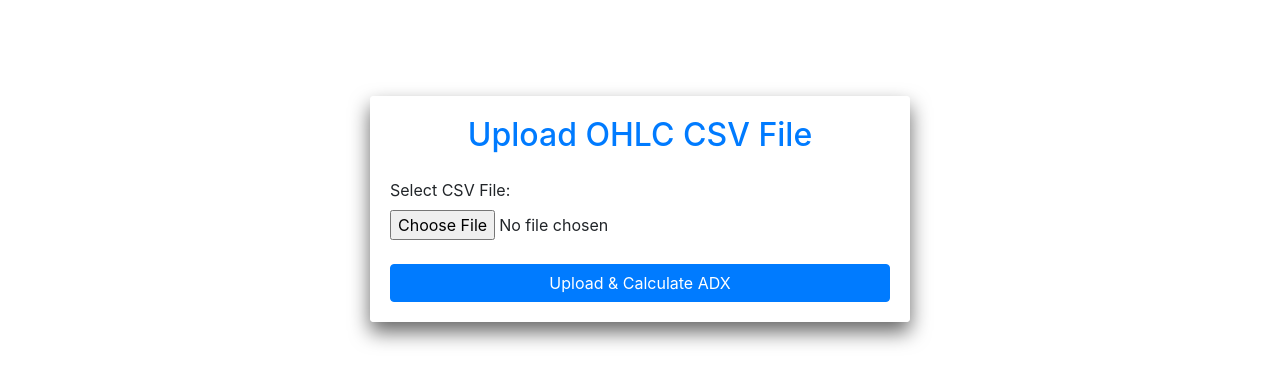
Repository: TEJAS-MI/Intelliqube-Assignment
Page: http://localhost/
The author's editor kept a copy of each file at every save. The page is drawn from the files as they stood at one save, then again after the next save.
The browser window is 1280 px wide. The pictures show the whole page.
The page is served by the project's application, run on Django 2.2 (manage.py). Other server files are loaded and not shown.

Above is the page before, as saved 2025-12-03 19:56:52.

### adxapp/views.py
# adxapp/views.py

import pandas as pd
from django.shortcuts import render
from django.http import HttpResponse
from .utils import calculate_adx
import matplotlib
matplotlib.use('Agg')
from matplotlib import pyplot as plt
import io
import base64


def index(request):
    return render(request, 'adxapp/index.html')


def process_file(request):
    if request.method != 'POST':
        return render(request, 'adxapp/index.html')

    if 'csv_file' not in request.FILES:
        return render(request, 'adxapp/index.html', {'error': 'Please upload a CSV file.'})

    uploaded_file = request.FILES['csv_file']

    try:
        # Read the CSV exactly as-is (do not set index_col)
        df_in = pd.read_csv(uploaded_file)
        # Calculate ADX (utils will detect date and OHLC)
        result_df = calculate_adx(df_in)
    except Exception as e:
        # Catch and display calculation errors (like missing columns)
        return render(request, 'adxapp/index.html', {'error': f'Error processing file: {e}'})

    # Save result CSV in session for download
    csv_buffer = io.StringIO()
    # IMPORTANT: index=False to prevent the date/time column from being repeated as 'Unnamed: 0'
    result_df.to_csv(csv_buffer, index=False)
    request.session['csv_output'] = csv_buffer.getvalue()

    # Produce plot: plot numeric arrays (skip NaNs automatically)
    plt.figure(figsize=(10, 5))
    # plot by column values so x-axis is simple index
    plt.plot(result_df['ADX'].values, label='ADX')
    plt.plot(result_df['+DI14'].values, label='+DI14')
    plt.plot(result_df['-DI14'].values, label='-DI14')
    plt.title('ADX, +DI14, -DI14')
    plt.legend()
    plt.tight_layout()

    img_buffer = io.BytesIO()
    plt.savefig(img_buffer, format='png')
    plt.close()
    img_buffer.seek(0)
    plot_base64 = base64.b64encode(img_buffer.read()).decode('utf-8')

    # Prepare preview including date column if present
    preview_df = result_df.head(10)
    preview_columns = preview_df.columns.tolist()
    preview_data = preview_df.values.tolist()

    return render(request, 'adxapp/result.html', {
        'plot_base64': plot_base64,
        'preview_columns': preview_columns,
        'preview_data': preview_data
    })


def download_csv(request):
    csv_data = request.session.get('csv_output')
    if not csv_data:
        return HttpResponse("No output to download. Upload and process a file first.", status=400)
    response = HttpResponse(csv_data, content_type='text/csv')
    response['Content-Disposition'] = 'attachment; filename="adx_output.csv"'
    return response

### adxapp/templates/adxapp/index.html
{% load static %}
<!DOCTYPE html>
<html>

  <head>

    <meta charset="utf-8" />

    <title>ADX Calculator – Upload File</title>

    <link
      rel="stylesheet"
      href="https://cdn.jsdelivr.net/npm/bootstrap@4.1.3/dist/css/bootstrap.min.css"
      integrity="sha384-MCw98/SFnGE8fJT3GXwEOngsV7Zt27NXFoaoApmYm81iuXoPkFOJwJ8ERdknLPMO"
      crossorigin="anonymous"
    />

    <style>
      .form-card {
        /* Ensures the form is readable and stands out */
        background-color: rgba(255, 255, 255, 0.95);
        box-shadow: 0 10px 20px rgba(0, 0, 0, 0.6);
        border: none;
      }
    </style>

  </head>


  <body style="
    background-image: url("{% static 'img/trading graph.jpeg' %}");
    background-size: cover;
    background-attachment: fixed;
    background-position: center center;
    filter: brightness(65%) grayscale(60%);
">

    <div class="container mt-4">
      <div class="row justify-content-center">
        <div class="col-md-6">
          <div class="card form-card mt-5">
            <div class="card-body">
              <h2 class="mb-4 text-center text-primary">
                Upload OHLC CSV File
              </h2>

              <form
                action="{% url 'process_file' %}"
                method="POST"
                enctype="multipart/form-data"
              >
                {% csrf_token %}

                <div class="form-group">
                  <label>Select CSV File:</label>
                  <input
                    type="file"
                    name="csv_file"
                    class="form-control-file"
                    required
                  />
                </div>

                <button type="submit" class="btn btn-primary btn-block mt-4">
                  Upload & Calculate ADX
                </button>
              </form>
            </div>
          </div>
        </div>
      </div>

    </div>

  </body>
</html>

### adxproject/urls.py
"""adxproject URL Configuration

The `urlpatterns` list routes URLs to views. For more information please see:
    https://docs.djangoproject.com/en/2.2/topics/http/urls/
Examples:
Function views
    1. Add an import:  from my_app import views
    2. Add a URL to urlpatterns:  path('', views.home, name='home')
Class-based views
    1. Add an import:  from other_app.views import Home
    2. Add a URL to urlpatterns:  path('', Home.as_view(), name='home')
Including another URLconf
    1. Import the include() function: from django.urls import include, path
    2. Add a URL to urlpatterns:  path('blog/', include('blog.urls'))
"""
from django.contrib import admin
from django.urls import path ,include

urlpatterns = [
    path('admin/', admin.site.urls),

    path('',include('adxapp.urls')),
]

### adxapp/urls.py
from django.urls import path
from . import views

urlpatterns = [
    path('', views.index, name='index'),
    path('process/', views.process_file, name='process_file'),
    path('download/', views.download_csv, name='download_csv'),
]

After the next save:
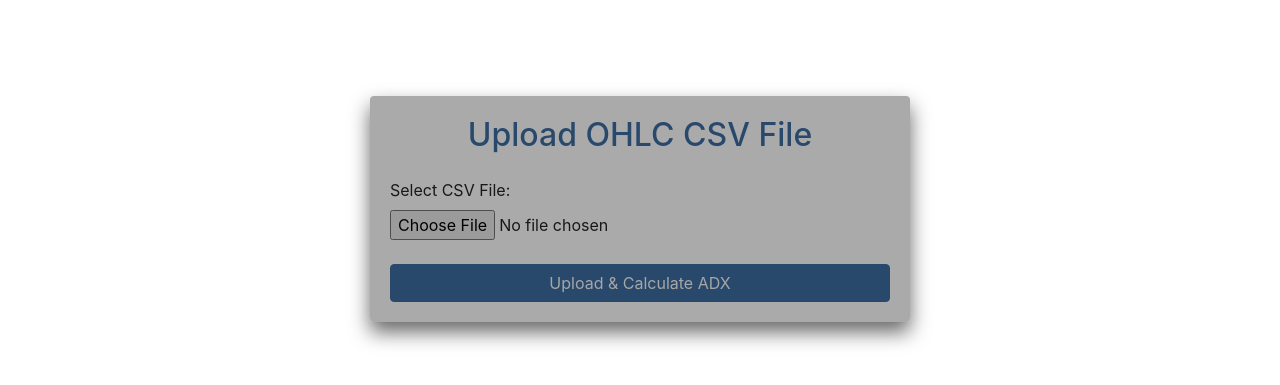
Not found: static/img/trading graph.jpeg
Saved 2 min 7 s later.
--- a/adxapp/templates/adxapp/index.html
+++ b/adxapp/templates/adxapp/index.html
@@ -28,7 +28,7 @@
 
 
   <body style="
-    background-image: url("{% static 'img/trading graph.jpeg' %}");
+    background-image: url('{% static "img/trading graph.jpeg" %}');
     background-size: cover;
     background-attachment: fixed;
     background-position: center center;
